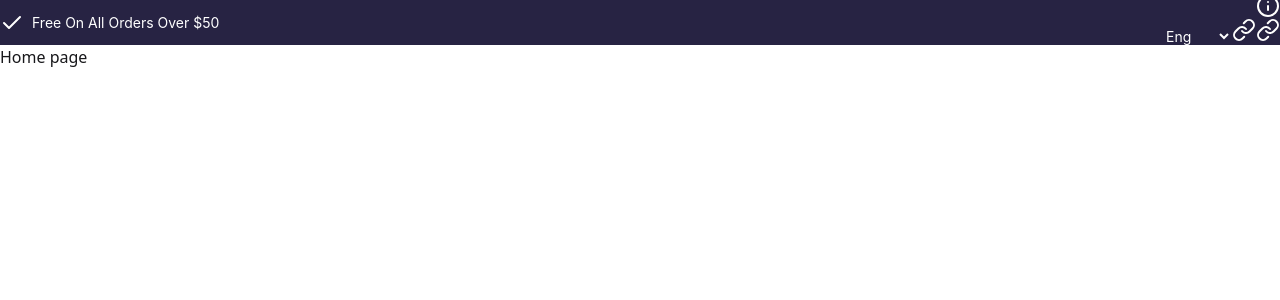
Repository: Neda0o0/store-template-website
Page: /
The author's editor kept a copy of each file at every save. The page is drawn from the files as they stood at one save, then again after the next save.
The browser window is 1280 px wide. The pictures show the whole page.
The project was rebuilt for these pictures with package versions that can differ from the ones it lists, and the page was loaded fresh each time. Also part of the build but not shown: vite.config.js, src/Pages/Auth/Auth.jsx, src/Pages/Auth/Login/Login.jsx, src/Pages/Auth/Register/Register.jsx, src/Pages/Error/Error.jsx, src/AuthCheck/AuthCheck.jsx.

Above is the page before, as saved 2025-10-20 17:20:12.

After the next save:
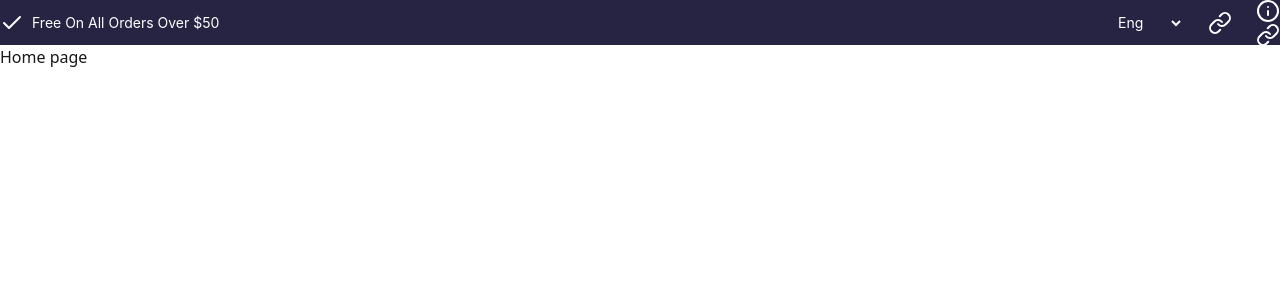
Saved 64 s later.
--- a/src/components/Navbar/Navbar.jsx
+++ b/src/components/Navbar/Navbar.jsx
@@ -10,7 +10,7 @@ const Navbar = () => {
             <Check />
             Free on all orders over $50
           </p>
-          <div className="navbar_top_right">
+          <div className="navbar_top_right flex items-center gap-6">
             <select
               defaultValue="Server location"
               className=" bg-none h-[30px] w-[70px] text-sm font-inter font-normal capitalize text-white"
